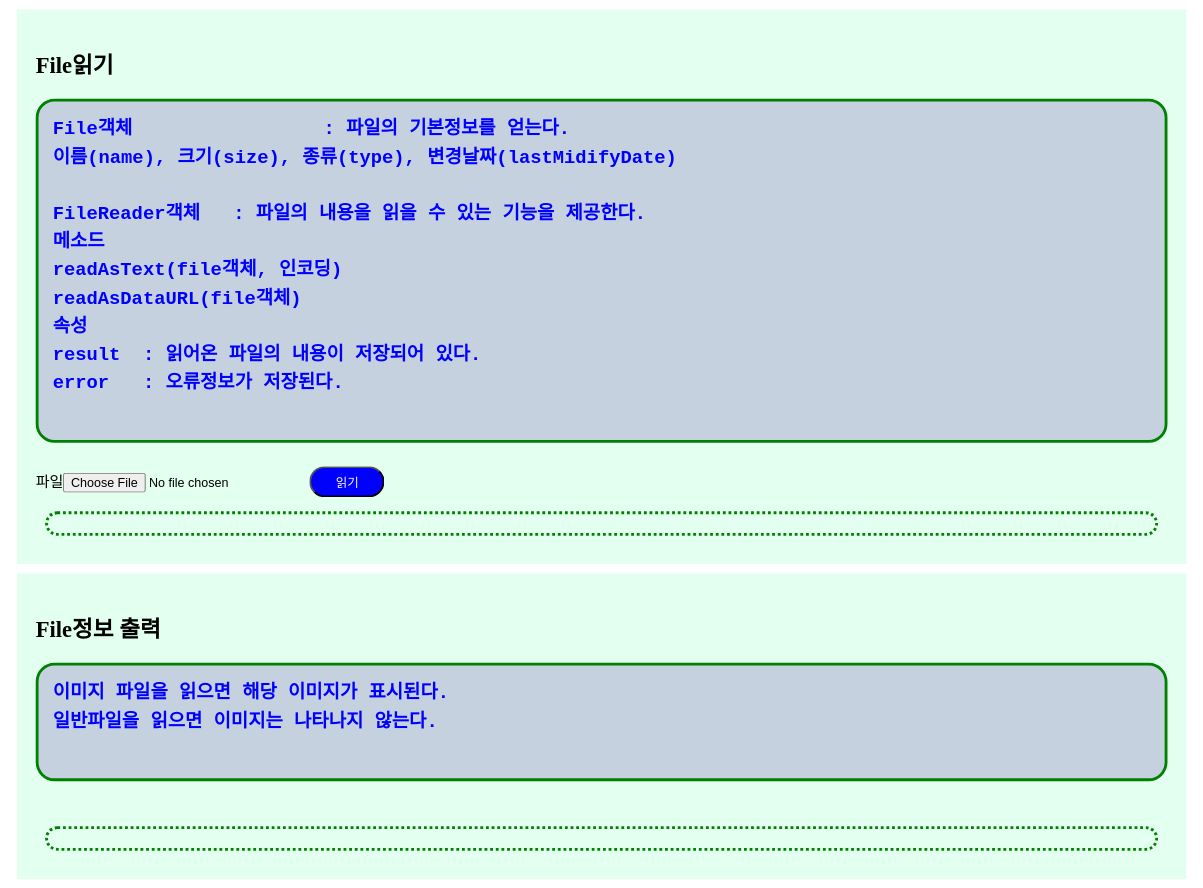
Repository: ypyp0205/jquery
Page: jqpro/WebContent/0206/file_api.html
The author's editor kept a copy of each file at every save. The page is drawn from the files as they stood at one save, then again after the next save.
The browser window is 1280 px wide. The pictures show the whole page, at 94% of full size.

Above is the page before, as saved 2020-02-06 07:16:11.

### jqpro/WebContent/0206/file_api.html
<!DOCTYPE html>
<html>
<head>
<meta charset="UTF-8">
<title>Insert title here</title>
<link rel="stylesheet" href="../CSS/mystyle.css">
<script type="text/javascript">
	function proc1() {

	}
</script>
<style type="text/css">
img {
	width: 200px;
	height: 200px;
	display: none;

}
</style>
</head>
<body>

	<div class="box">
		<h2>File읽기</h2>
		<pre>
File객체			: 파일의 기본정보를 얻는다.
이름(name), 크기(size), 종류(type), 변경날짜(lastMidifyDate)

FileReader객체	: 파일의 내용을 읽을 수 있는 기능을 제공한다.
메소드
readAsText(file객체, 인코딩)
readAsDataURL(file객체)
속성
result	: 읽어온 파일의 내용이 저장되어 있다.
error	: 오류정보가 저장된다.
		</pre>
		<form name="ff">
		파일<input type="file" name="file">
		<button type="button" onclick="proc1()">읽기</button>
		</form>

		<div id="result1"></div>
	</div>



	<div class="box">
		<h2>File정보 출력</h2>
		<pre>
이미지 파일을 읽으면 해당 이미지가 표시된다.
일반파일을 읽으면 이미지는 나타나지 않는다.
		</pre>
		<img id="imgview" src="../images1/스포츠.jpg">
		<br>
		<div id="info"></div>
	</div>








</body>
</html>

### jqpro/WebContent/CSS/mystyle.css
@CHARSET "UTF-8";

pre {
	height: auto;
	background: #efffef;
	border: 3px solid green;
	font-size: 20px;
	padding: 10px;
	border-radius: 20px;
}

.box {
	background: #e3ffef;
	margin: 10px;
	height: auto;
	padding: 20px;
}

.box div {
	border: 3px dotted green;
	height: auto;
	margin: 10px;
	padding: 10px;
	border-radius: 20px;
}

.box button {
	color: white;
	background: blue;
	padding: 5px;
	margin: 5px;
	width: 80px;
	border-radius: 40px;
}

.box pre {
	padding: 15px;
	color: blue;
	background: rgb(197, 209, 222);
	line-height: 1.5em;
	font-weight: bold;
	}

After the next save:
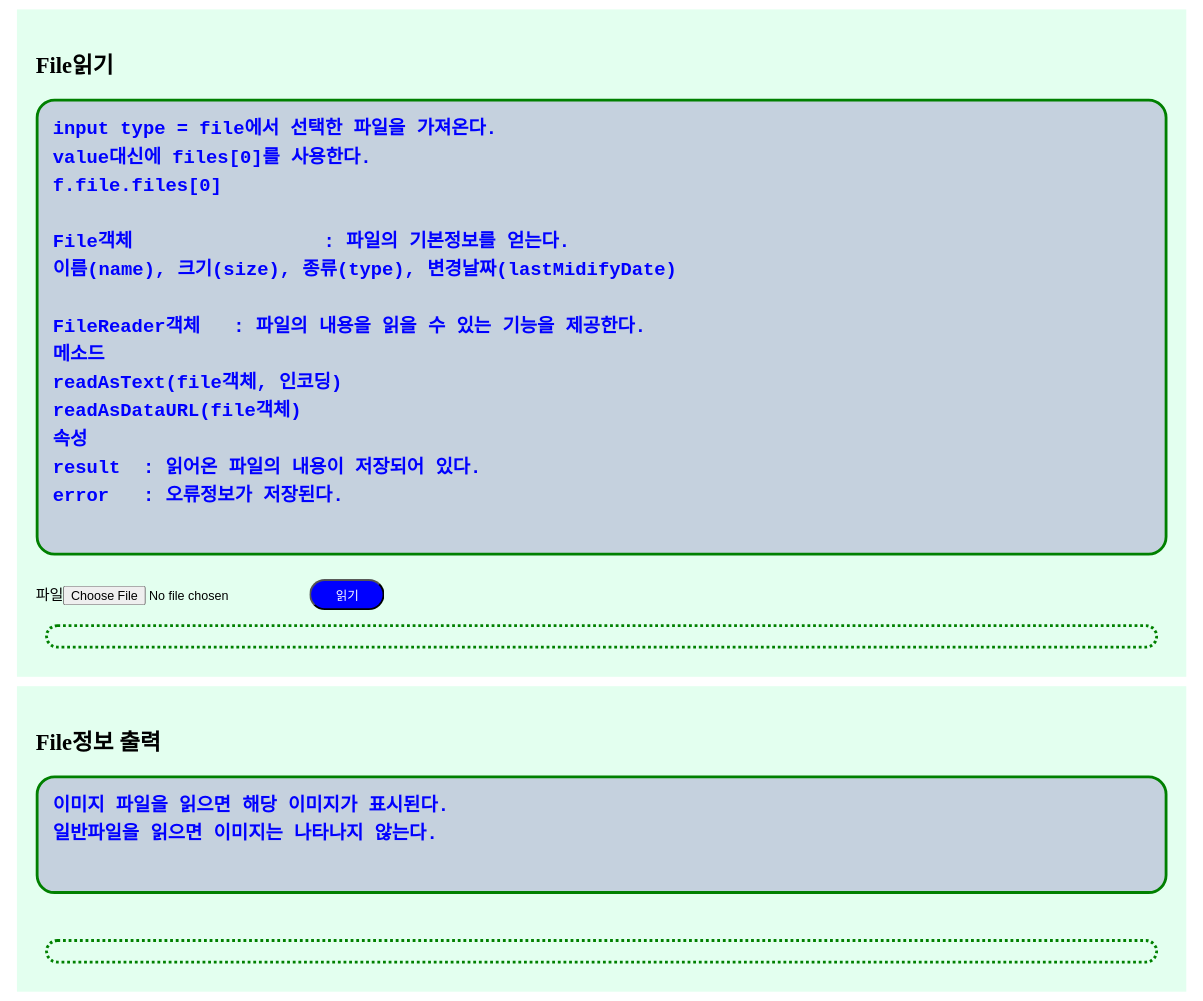
Saved 3 min 36 s later.
--- a/jqpro/WebContent/0206/file_api.html
+++ b/jqpro/WebContent/0206/file_api.html
@@ -23,6 +23,10 @@ img {
 	<div class="box">
 		<h2>File읽기</h2>
 		<pre>
+input type = file에서 선택한 파일을 가져온다.
+value대신에 files[0]를 사용한다.
+f.file.files[0]
+
 File객체			: 파일의 기본정보를 얻는다.
 이름(name), 크기(size), 종류(type), 변경날짜(lastMidifyDate)
 
